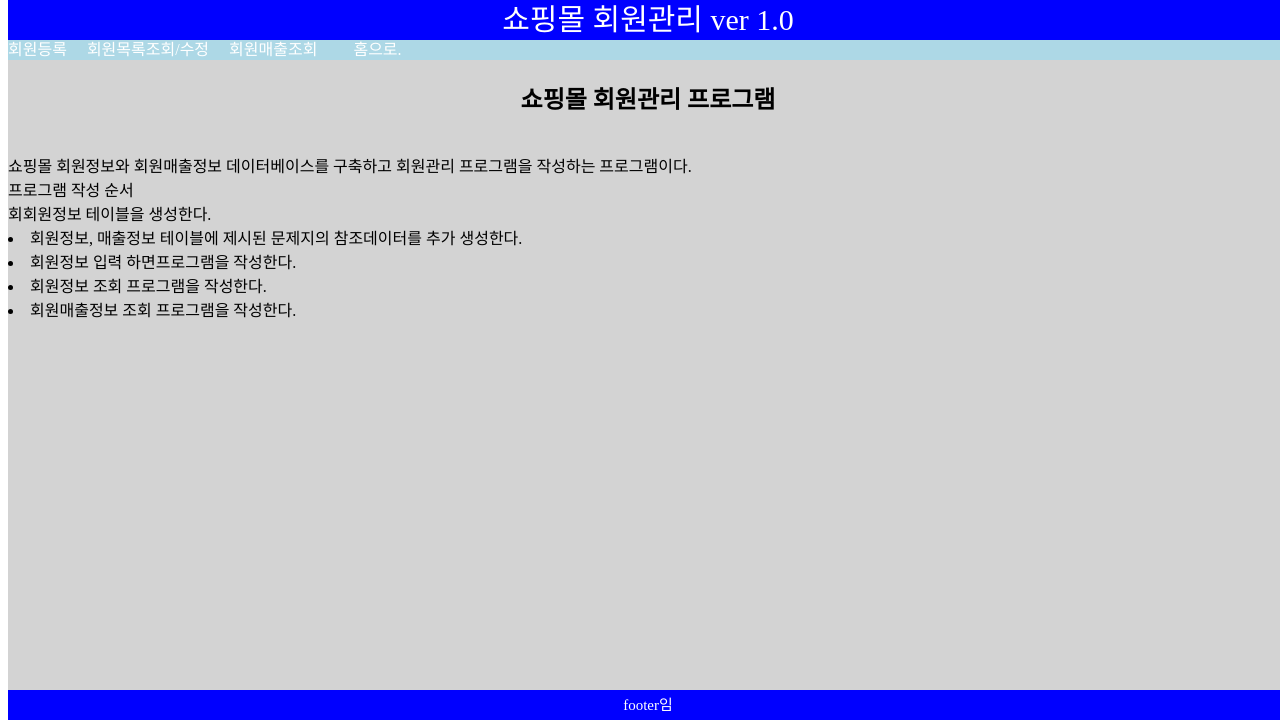
Repository: leesuyeon116/HRD_1
Page: http://localhost/HRD_0416/
These files come from the project's save history. The page is drawn as it stood at one moment and after the next save; the edit follows.
The browser window is 1280 px wide. The pictures show the whole page.
The page is served by Tomcat 9. Other server files are loaded and not shown.

Above is the page before, as saved 2024-04-16 23:43:07.

### HRD_0416/src/main/webapp/index.jsp
<%@ page language="java" contentType="text/html; charset=UTF-8"
    pageEncoding="UTF-8"%>
<!DOCTYPE html>
<html>
<head>
<meta charset="UTF-8">
<title>index</title>
</head>
<body>
<header style="position: fixed; top: 0px; width: 100%; height: 40px; background-color: blue; color: white;
	text-align: center; line-height: 40px; font-size: 30px"> 쇼핑몰 회원관리 ver 1.0 </header>

<nav style="position: fixed; top: 40px; width: 100%; height: 20px; background-color: lightblue; color: white; line-height: 20px;">
	회원등록 &nbsp; &nbsp; 회원목록조회/수정 &nbsp; &nbsp; 회원매출조회 &nbsp; &nbsp; &nbsp; &nbsp; 홈으로.</nav>

<section style="position: fixed; top: 60px; width: 100%; height: 100%; background-color: lightgray">
	<h2 style="text-align: center;"><b>쇼핑몰 회원관리 프로그램</b></h2><br>
	쇼핑몰 회원정보와 회원매출정보 데이터베이스를 구축하고 회원관리 프로그램을 작성하는 프로그램이다.<br>
	프로그램 작성 순서<br>
	 회회원정보 테이블을 생성한다.</li>
	<li>회원정보, 매출정보 테이블에 제시된 문제지의 참조데이터를 추가 생성한다.</li>
	<li>회원정보 입력 하면프로그램을 작성한다.</li>
	<li>회원정보 조회 프로그램을 작성한다.</li>
	<li>회원매출정보 조회 프로그램을 작성한다.</li>
</section>


<footer style="position: fixed; bottom: 0px; width: 100%; height: 30px; background-color: blue; color: white;
	text-align: center; line-height: 30px; font-size: 15px;">footer임</footer>
</body>
</html>

After the next save:
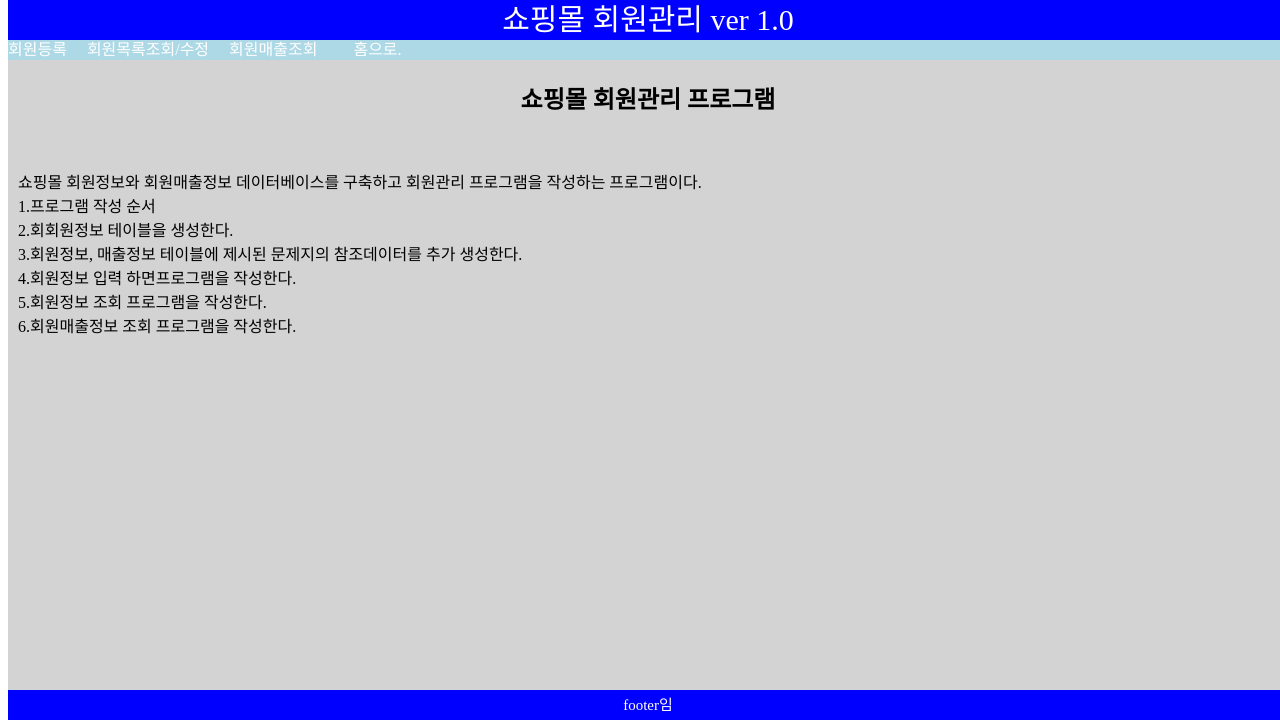
Saved 9 min 25 s later.
--- a/HRD_0416/src/main/webapp/index.jsp
+++ b/HRD_0416/src/main/webapp/index.jsp
@@ -15,15 +15,16 @@
 
 <section style="position: fixed; top: 60px; width: 100%; height: 100%; background-color: lightgray">
 	<h2 style="text-align: center;"><b>쇼핑몰 회원관리 프로그램</b></h2><br>
+	<p style="padding-left: 10px">
 	쇼핑몰 회원정보와 회원매출정보 데이터베이스를 구축하고 회원관리 프로그램을 작성하는 프로그램이다.<br>
-	프로그램 작성 순서<br>
-	 회회원정보 테이블을 생성한다.</li>
-	<li>회원정보, 매출정보 테이블에 제시된 문제지의 참조데이터를 추가 생성한다.</li>
-	<li>회원정보 입력 하면프로그램을 작성한다.</li>
-	<li>회원정보 조회 프로그램을 작성한다.</li>
-	<li>회원매출정보 조회 프로그램을 작성한다.</li>
+	1.프로그램 작성 순서<br>
+	2.회회원정보 테이블을 생성한다.<br>
+	3.회원정보, 매출정보 테이블에 제시된 문제지의 참조데이터를 추가 생성한다.<br>
+	4.회원정보 입력 하면프로그램을 작성한다.<br>
+	5.회원정보 조회 프로그램을 작성한다.<br>
+	6.회원매출정보 조회 프로그램을 작성한다.<br>
+	</p>
 </section>
-
 
 <footer style="position: fixed; bottom: 0px; width: 100%; height: 30px; background-color: blue; color: white;
 	text-align: center; line-height: 30px; font-size: 15px;">footer임</footer>
